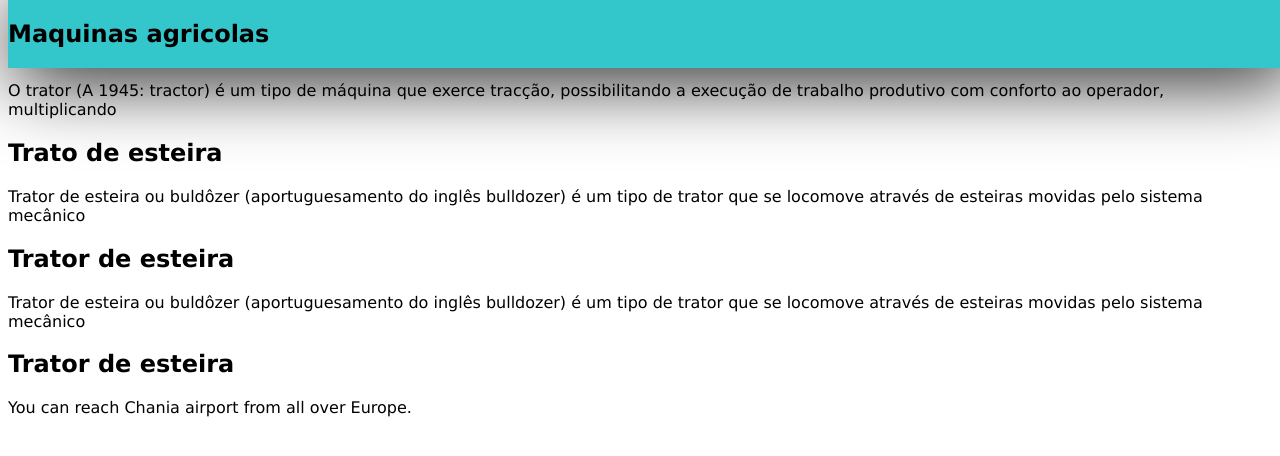
Repository: ecrseer/pesquisa-carros-html
Page: news.html
These files come from the project's save history. The page is drawn as it stood at one moment and after the next save; the edit follows.
The browser window is 1280 px wide. The pictures show the whole page.

Above is the page before, as saved 2022-01-21 16:23:04.

### news.html
<!doctype html>

<html lang="pt-br">
  <html lang="pt-br">
    <head>
        <meta charset="UTF-8"/>
        <meta name="viewport" content="width=device-width,
        initial-scale=1.0"/>
        <meta http-equiv="X-UA-Compatible" content="ie=edge">
        <title>Vendarro LTDA</title>

  <link rel="stylesheet" href="news.css">

</head>

<body>
    <nav class="header">
        <h1>Maquinas agricolas</h1>

      </nav>
      <div class ="resto">
        <div class="row">


          <div class="col-6 col-s-9">
            <h1>Trator</h1>
            <p>O trator (A 1945: tractor) é um tipo de máquina que exerce tracção, possibilitando a execução de trabalho produtivo com conforto ao operador, multiplicando </p>
          </div>

          <div class="col-3 col-s-12">
            <div class="aside">
              <h2>Trato de esteira</h2>
              <p>Trator de esteira ou buldôzer (aportuguesamento do inglês bulldozer) é um tipo de trator que se locomove através de esteiras movidas pelo sistema mecânico</p>
              <h2>Trator de esteira</h2>
              <p>Trator de esteira ou buldôzer (aportuguesamento do inglês bulldozer) é um tipo de trator que se locomove através de esteiras movidas pelo sistema mecânico</p>
              <h2>Trator de esteira</h2>
              <p>You can reach Chania airport from all over Europe.</p>

            </div>
          </div>

        </div>


      </div>

  <script src="scripts.js"></script>

</body>
</html>

### news.css
* {
    box-sizing: border-box;
  }

  html {
    font-family: "Lucida Sans", sans-serif;
  }

  .header {
    background-color: #33c7cc;
    position: fixed;
    top:0;
    width: 100%;
    max-height: 21vh;
    box-shadow: 1vh 1vh 11vh 1px;
  }

### scripts.js
function recurs(nmbr){

    if (nmbr==1)
    return 1;
    else
    arr.push(3*recurs(nmbr-1));
}

let
    isWhite = false,
    arr=[];
    let
    fixo=new Array(5);

    fixo[0]='E';
    fixo[4]='S';
    console.log(fixo);


function changeTheme(){
    isWhite ? document.querySelector("body").style.backgroundColor='#010101' :
    document.querySelector("body").style.backgroundColor='#fff';

    isWhite= !isWhite;

    function hapn(){
        console.log('data');
    }

    console.log(arr);
}

After the next save:
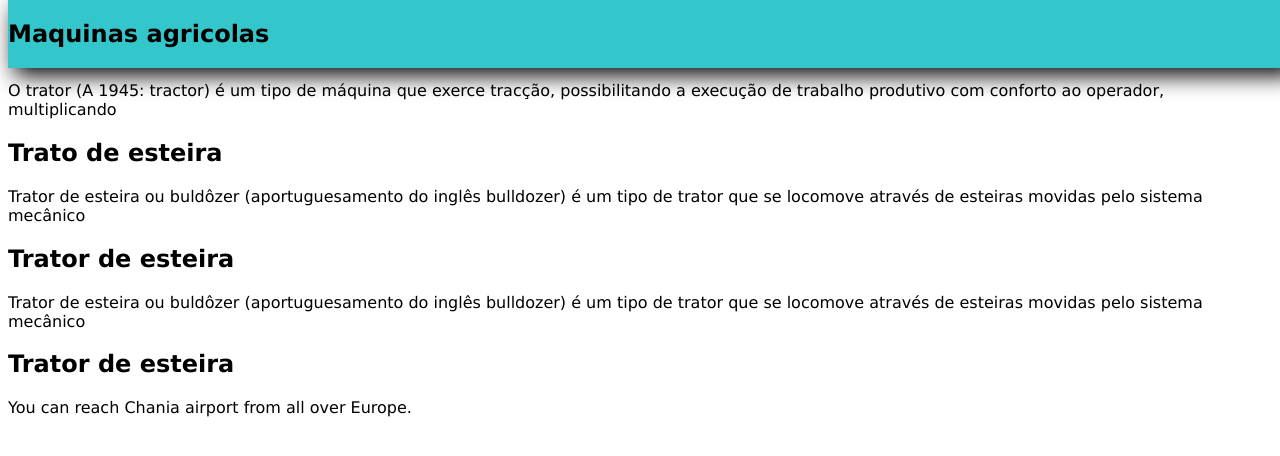
Saved 6 s later.
--- a/news.css
+++ b/news.css
@@ -12,5 +12,5 @@
     top:0;
     width: 100%;
     max-height: 21vh;
-    box-shadow: 1vh 1vh 11vh 1px;
+    box-shadow: 1vh 1vh 3vh 1px;
   }
